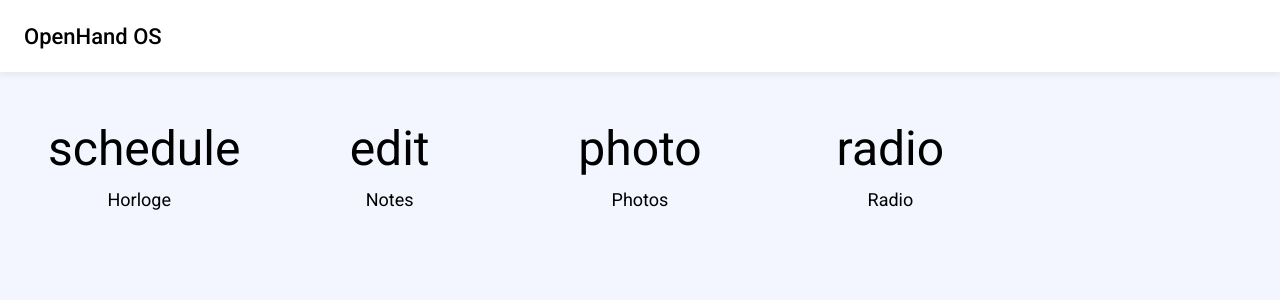
Repository: nlagardere/OpenHand
Page: index.html
These files come from the project's save history. The page is drawn as it stood at one moment and after the next save; the edit follows.
The browser window is 1280 px wide. The pictures show the whole page.

Above is the page before, as saved 2026-01-30 21:09:15.

After the next save:
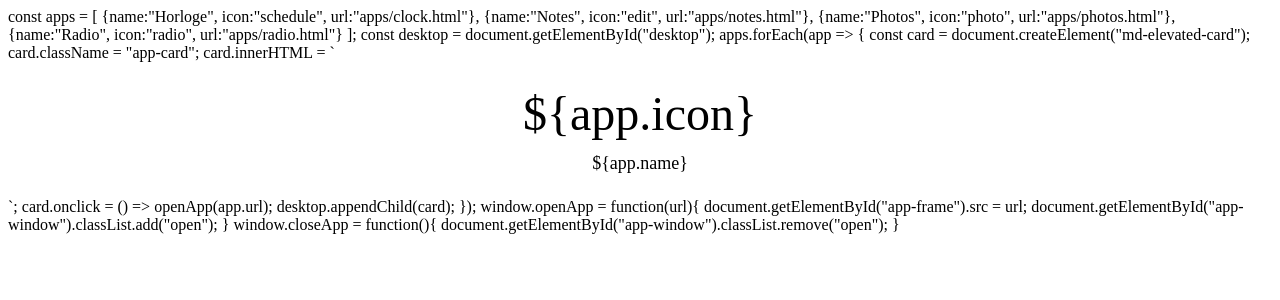
Saved 50 s later.
--- a/index.html
+++ b/index.html
@@ -1,101 +1,32 @@
-<!DOCTYPE html>
-<html lang="fr">
-<head>
-<meta charset="UTF-8">
-<title>OpenHand OS</title>
+const apps = [
+  {name:"Horloge", icon:"schedule", url:"apps/clock.html"},
+  {name:"Notes", icon:"edit", url:"apps/notes.html"},
+  {name:"Photos", icon:"photo", url:"apps/photos.html"},
+  {name:"Radio", icon:"radio", url:"apps/radio.html"}
+];
 
-<link href="https://fonts.googleapis.com/css2?family=Roboto:wght@400;500;700&display=swap" rel="stylesheet">
+const desktop = document.getElementById("desktop");
 
-<script type="importmap">
-{
-  "imports": {
-    "@material/web/": "https://esm.run/@material/web/"
-  }
-}
-</script>
+apps.forEach(app => {
+  const card = document.createElement("md-elevated-card");
+  card.className = "app-card";
 
-<script type="module">
-  import '@material/web/all.js';
-</script>
+  card.innerHTML = `
+    <div style="padding:24px;text-align:center">
+      <md-icon style="font-size:48px">${app.icon}</md-icon>
+      <div style="margin-top:12px;font-size:18px">${app.name}</div>
+    </div>
+  `;
 
-<style>
-body {
-  margin:0;
-  font-family: Roboto, sans-serif;
-  background: #f3f6ff;
+  card.onclick = () => openApp(app.url);
+  desktop.appendChild(card);
+});
+
+window.openApp = function(url){
+  document.getElementById("app-frame").src = url;
+  document.getElementById("app-window").classList.add("open");
 }
 
-/* Top bar Material */
-#topbar {
-  height:72px;
-  display:flex;
-  align-items:center;
-  padding:0 24px;
-  font-size:22px;
-  font-weight:500;
-  background:white;
-  box-shadow:0 2px 8px rgba(0,0,0,.08);
+window.closeApp = function(){
+  document.getElementById("app-window").classList.remove("open");
 }
-
-/* Grid apps */
-#desktop {
-  padding:24px;
-  display:grid;
-  grid-template-columns:repeat(auto-fill,minmax(200px,1fr));
-  gap:20px;
-}
-
-/* Material card wrapper */
-.app-card {
-  cursor:pointer;
-  transition: transform .2s;
-}
-
-.app-card:hover {
-  transform:scale(1.03);
-}
-
-/* App window */
-#app-window {
-  position:fixed;
-  inset:0;
-  background:white;
-  display:none;
-  flex-direction:column;
-  z-index:999;
-}
-
-#app-window.open {
-  display:flex;
-  animation: zoomIn .35s cubic-bezier(.2,.8,.2,1);
-}
-
-@keyframes zoomIn {
-  from {opacity:0; transform:scale(.96);}
-  to {opacity:1; transform:scale(1);}
-}
-
-#app-frame {
-  flex:1;
-  border:none;
-}
-</style>
-</head>
-
-<body>
-
-<div id="topbar">OpenHand OS</div>
-
-<div id="desktop"></div>
-
-<div id="app-window">
-  <div style="padding:16px">
-    <md-filled-tonal-button onclick="closeApp()">Retour</md-filled-tonal-button>
-  </div>
-  <iframe id="app-frame"></iframe>
-</div>
-
-<script type="module" src="main.js"></script>
-
-</body>
-</html>
